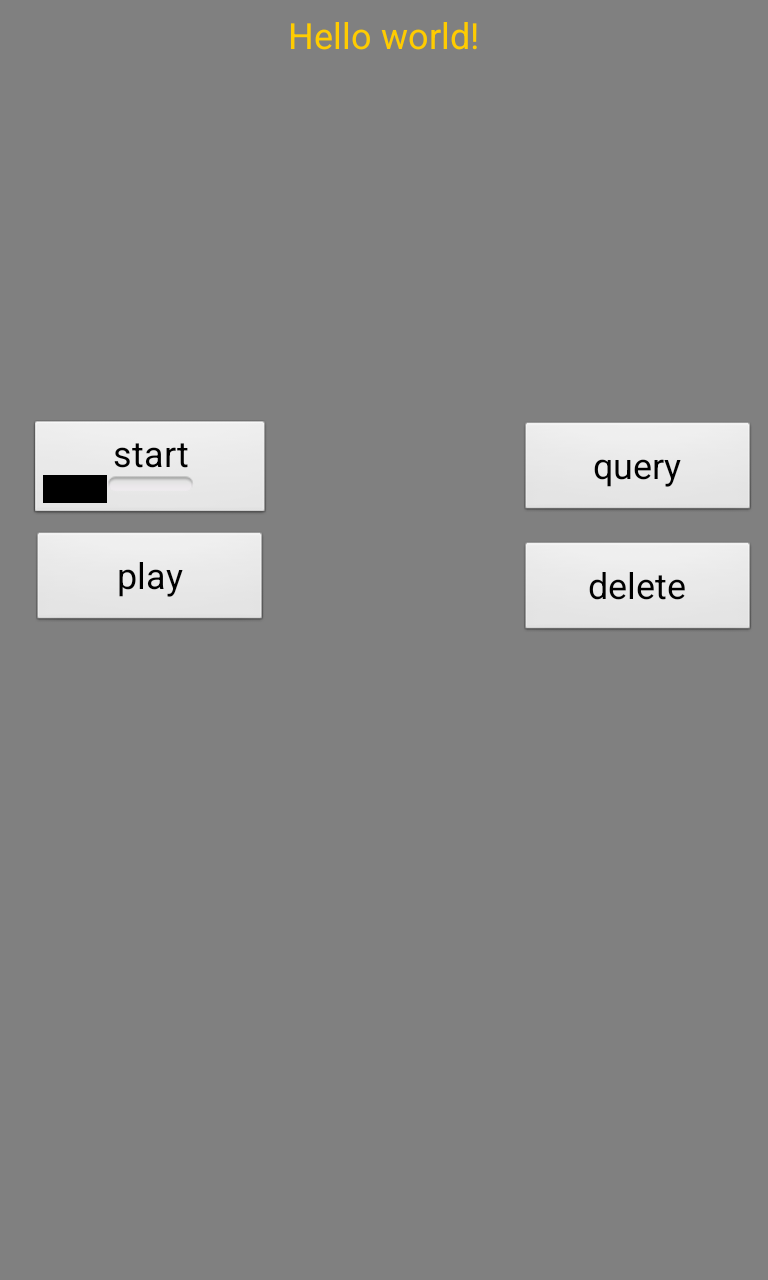
Repository: FreyrChen/tucan_Linux_practice
Layout: 4_Android_program/MusicIdentify/res/layout/activity_main.xml
An editor plug-in stored every save of this project. The layout is shown before and after the next save, followed by the edit.
It is drawn on a 768 x 1280 px phone screen (xhdpi) without system bars, with theme AppTheme; the app's code is not run.

Above is the layout before, as saved 2013-05-30 09:00:40.

After the next save:
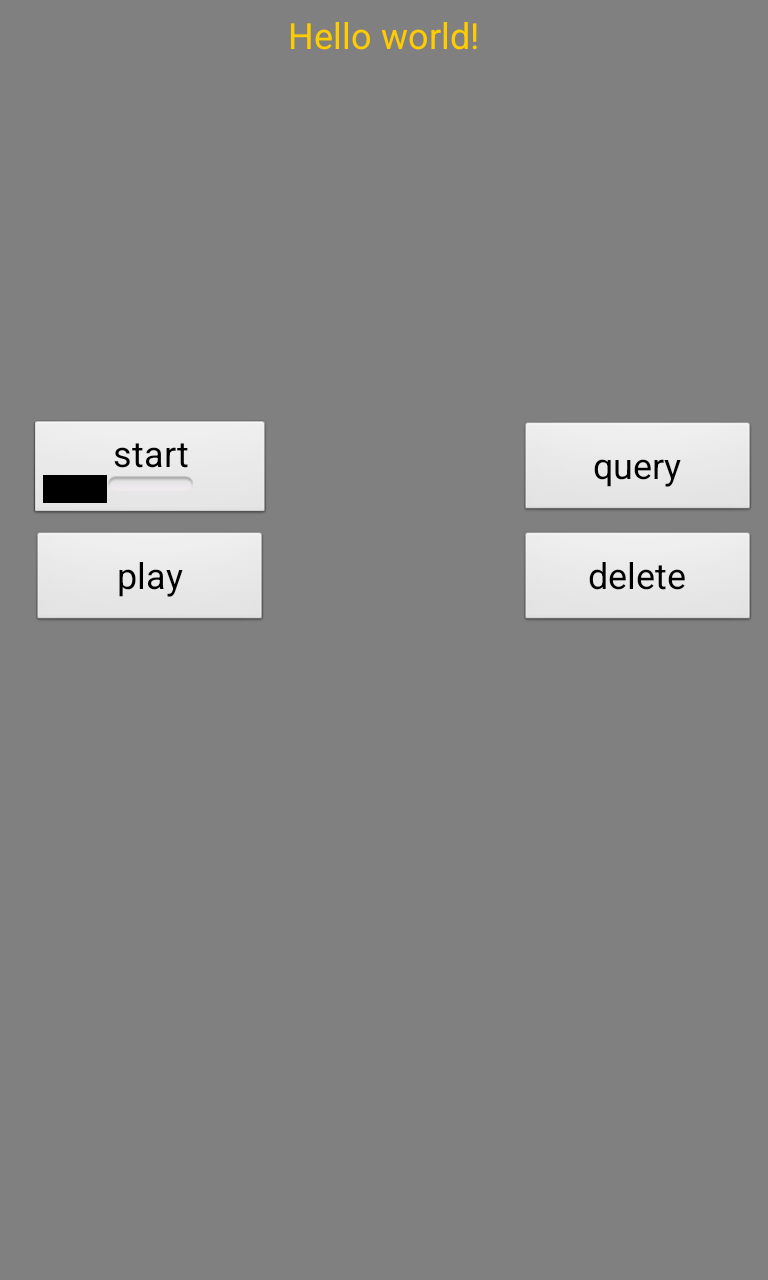
Saved 34 s later.
--- a/4_Android_program/MusicIdentify/res/layout/activity_main.xml
+++ b/4_Android_program/MusicIdentify/res/layout/activity_main.xml
@@ -64,7 +64,7 @@
 	    android:layout_marginTop="5dp"
 	    android:layout_marginLeft="10dp"
 	    android:layout_alignParentRight="true"
-	    android:layout_alignTop="@+id/play_button"
+	    android:layout_below="@+id/query_button"
  	/>
 
 
